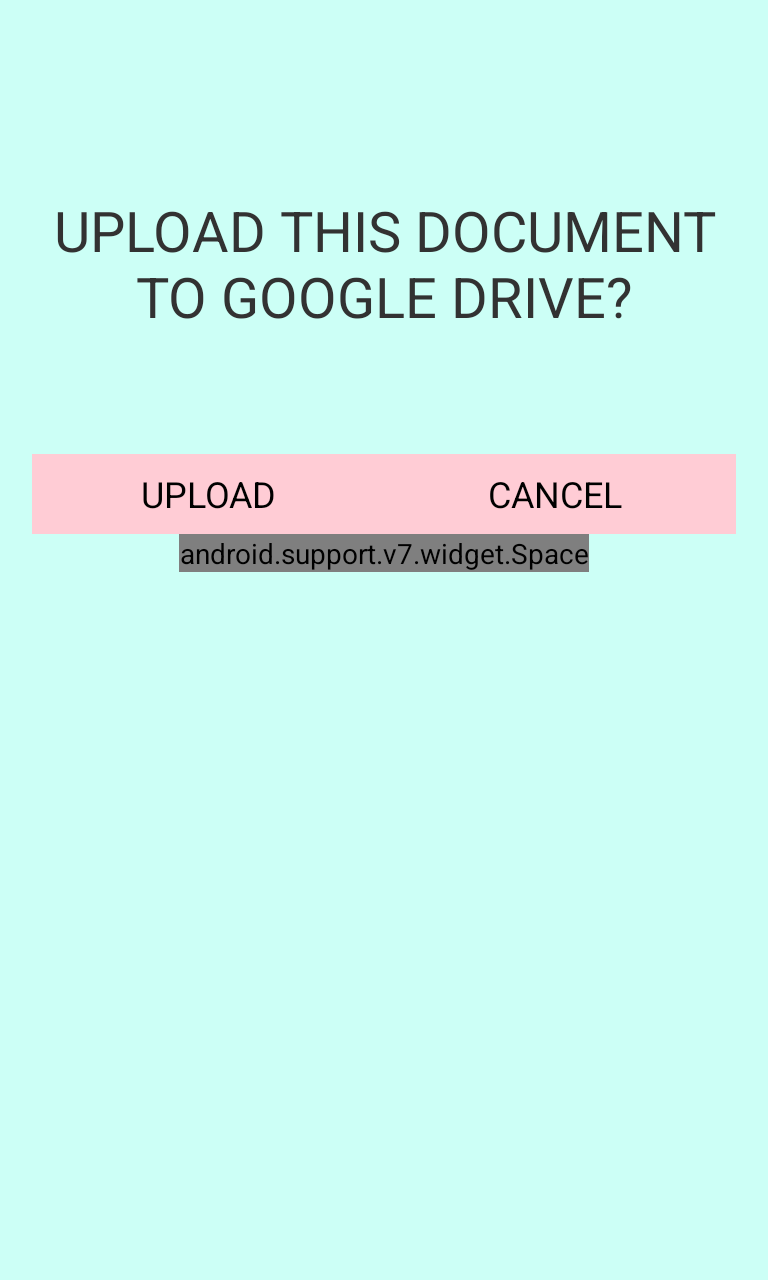
Repository: nick11roberts/Moka-Scanr
Layout: Document Uploader/res/layout/activity_preview.xml
The author's editor kept a copy of each file at every save. The layout is drawn from the files as they stood at one save, then again after the next save.
Pictures or frames that could not be fetched are drawn as grey boxes. It is drawn on a 768 x 1280 px phone screen (xhdpi) without system bars, with theme android:Theme.Holo.Light.NoActionBar; the app's code is not run. The app's manifest (not shown) leaves right-to-left support off. So textAlignment, textDirection and layoutDirection are ignored, and left and right values win over start and end ones.

Above is the layout before, as saved 2014-05-31 00:51:24.

After the next save:
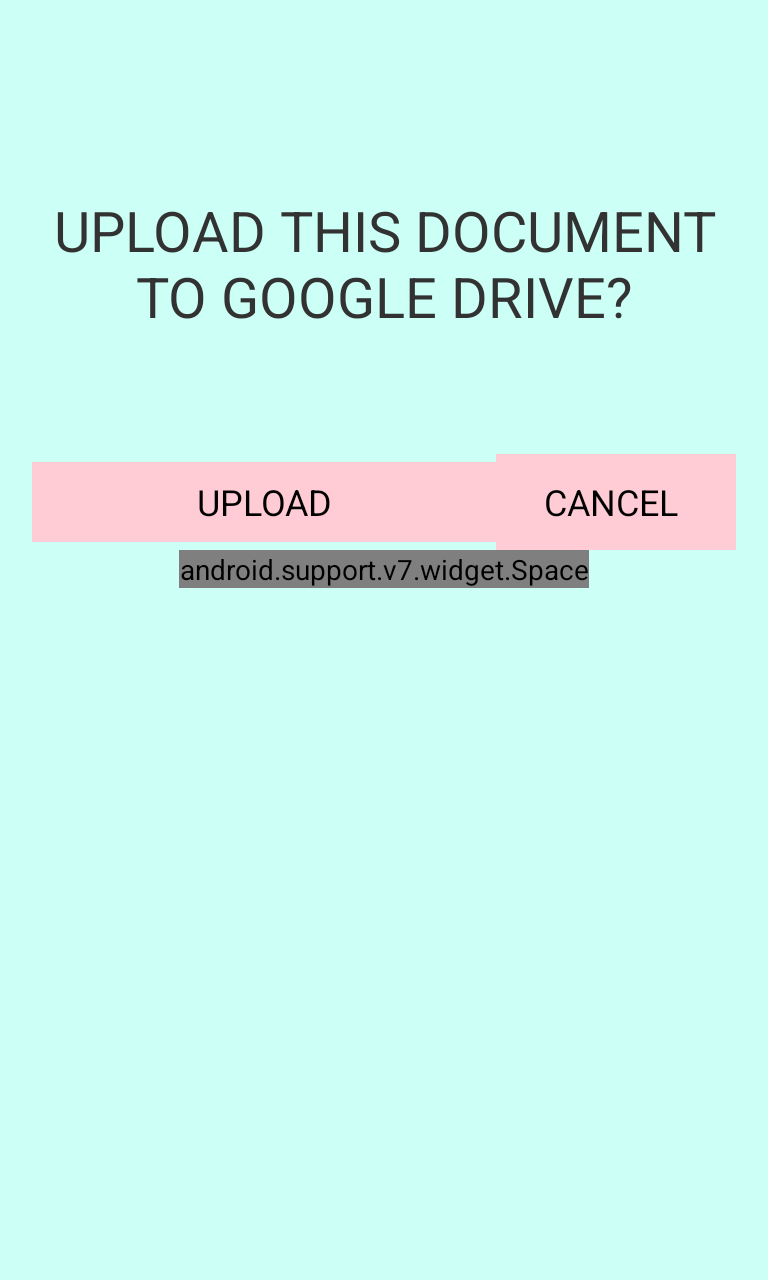
Saved 13 s later.
--- a/Document Uploader/res/layout/activity_preview.xml
+++ b/Document Uploader/res/layout/activity_preview.xml
@@ -45,8 +45,7 @@
         <Button
             android:id="@+id/cancelButton"
             android:layout_width="120dp"
-            android:layout_height="40dp"
-            android:layout_weight=".25"
+
             android:background="@color/button_color"
             android:paddingRight="5dp"
             android:text="@string/preview_button_cancel"
